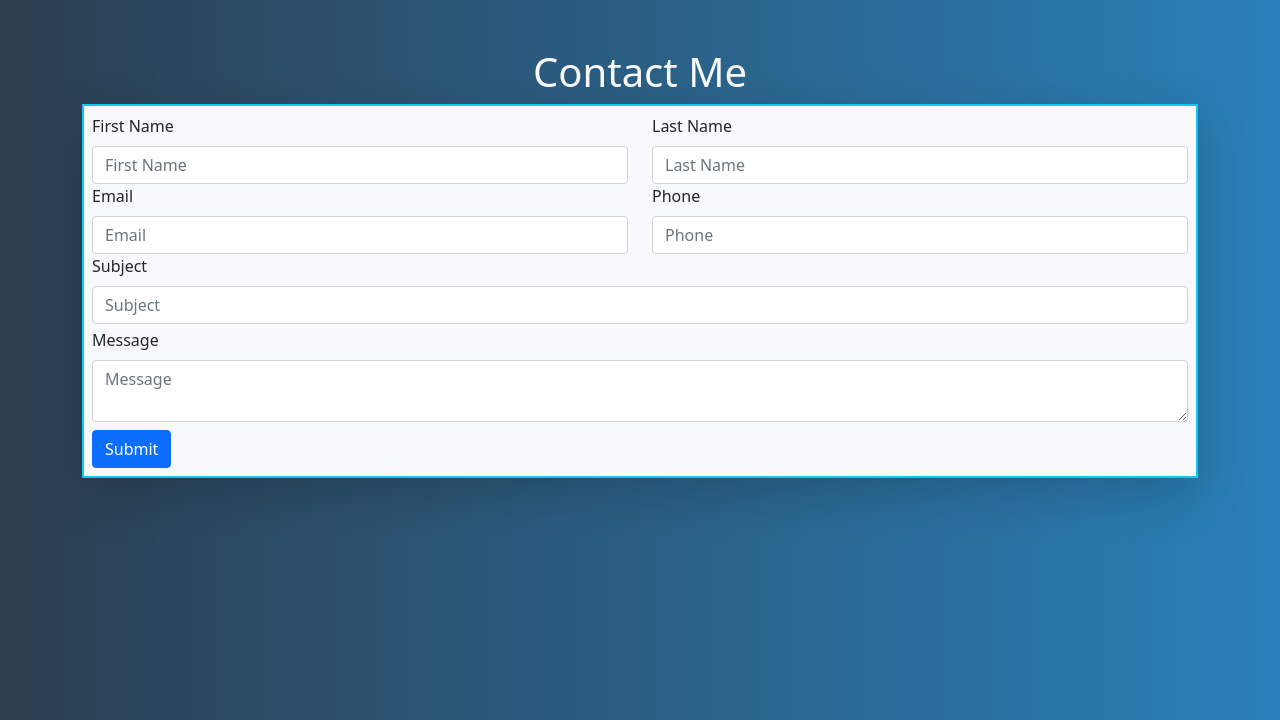
Repository: norman0286/formContactMe
Page: contactForm.html
These files come from the project's save history. The page is drawn as it stood at one moment and after the next save; the edit follows.
The browser window is 1280 px wide. The pictures show the whole page.

Above is the page before, as saved 2023-04-20 09:22:44.

After the next save:
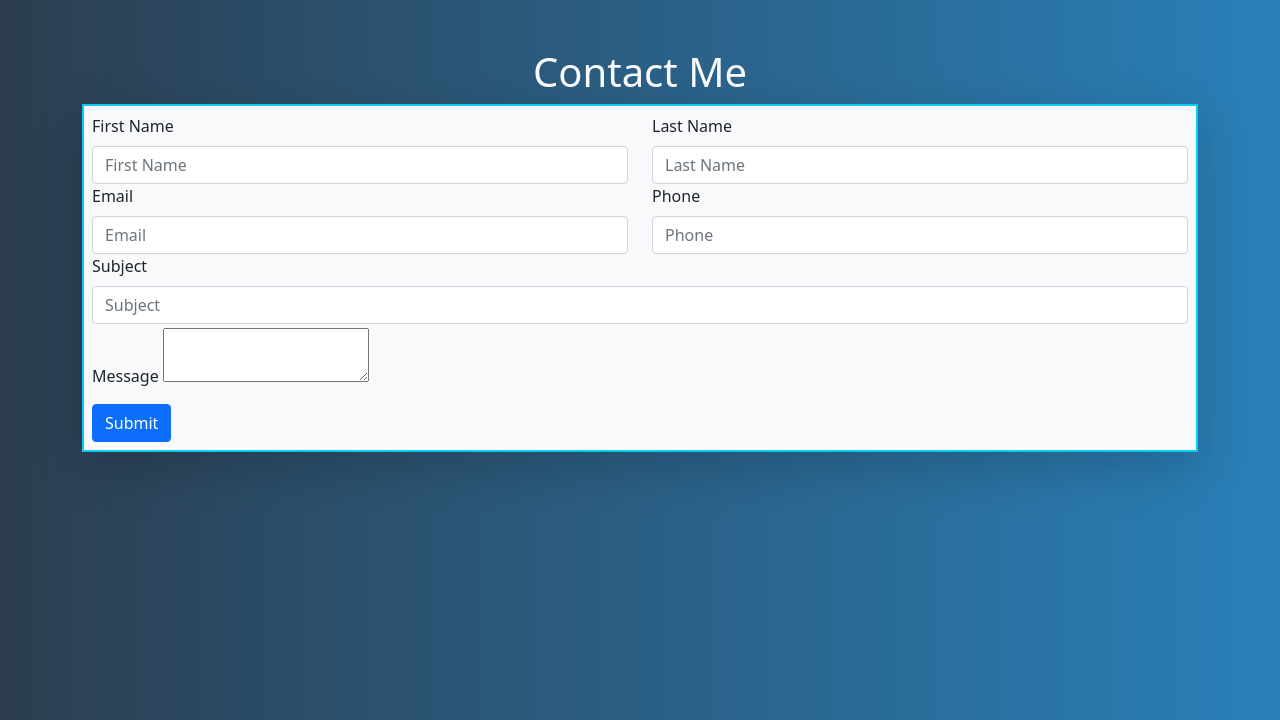
Saved 2 min 3 s later.
--- a/contactForm.html
+++ b/contactForm.html
@@ -87,14 +87,7 @@
           <div class="row">
             <div class="col">
               <label class="form-label">Message</label>
-              <textarea
-                type="text"
-                name="message"
-                class="form-control"
-                placeholder="Message"
-                aria-label="Message"
-                required
-              ></textarea>
+              <textarea type="text" name="message"></textarea>
             </div>
           </div>
           <button type="submit" class="btn btn-primary mt-2">Submit</button>

After the save that followed:
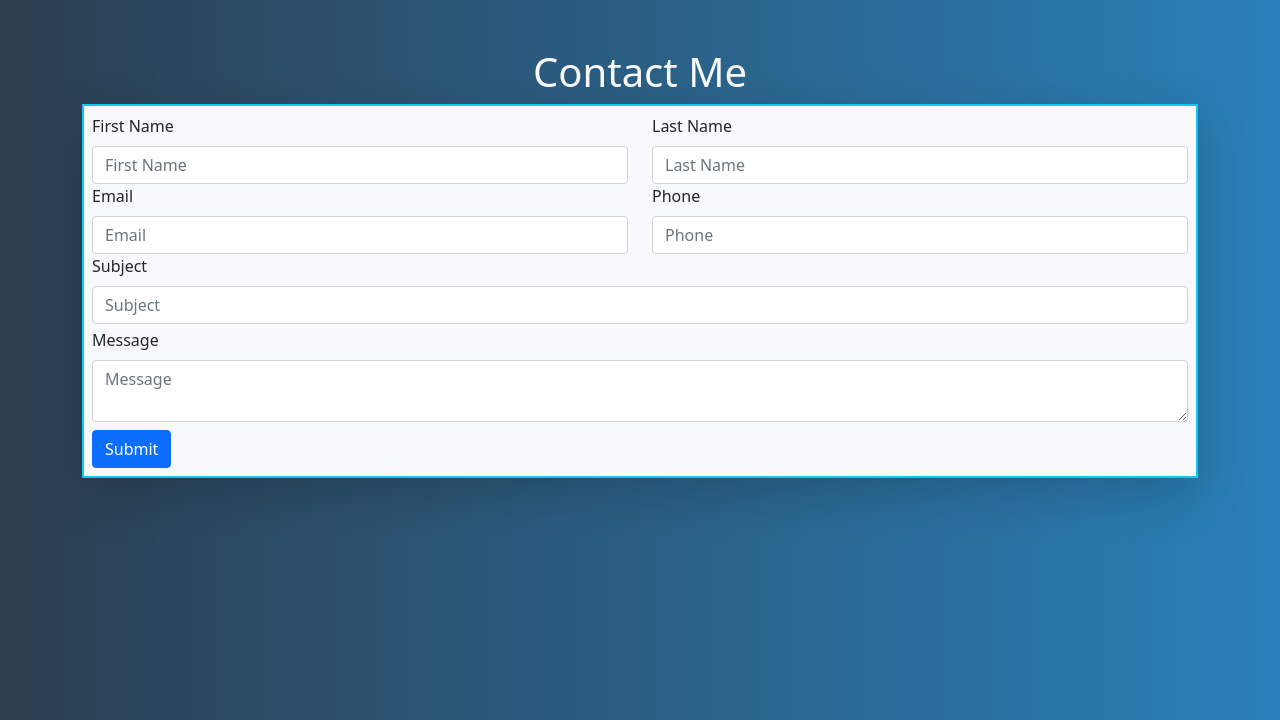
Saved 62 s later.
--- a/contactForm.html
+++ b/contactForm.html
@@ -87,7 +87,14 @@
           <div class="row">
             <div class="col">
               <label class="form-label">Message</label>
-              <textarea type="text" name="message"></textarea>
+              <textarea
+                type="text"
+                name="message"
+                class="form-control"
+                placeholder="Message"
+                aria-label="Message"
+                required
+              ></textarea>
             </div>
           </div>
           <button type="submit" class="btn btn-primary mt-2">Submit</button>
